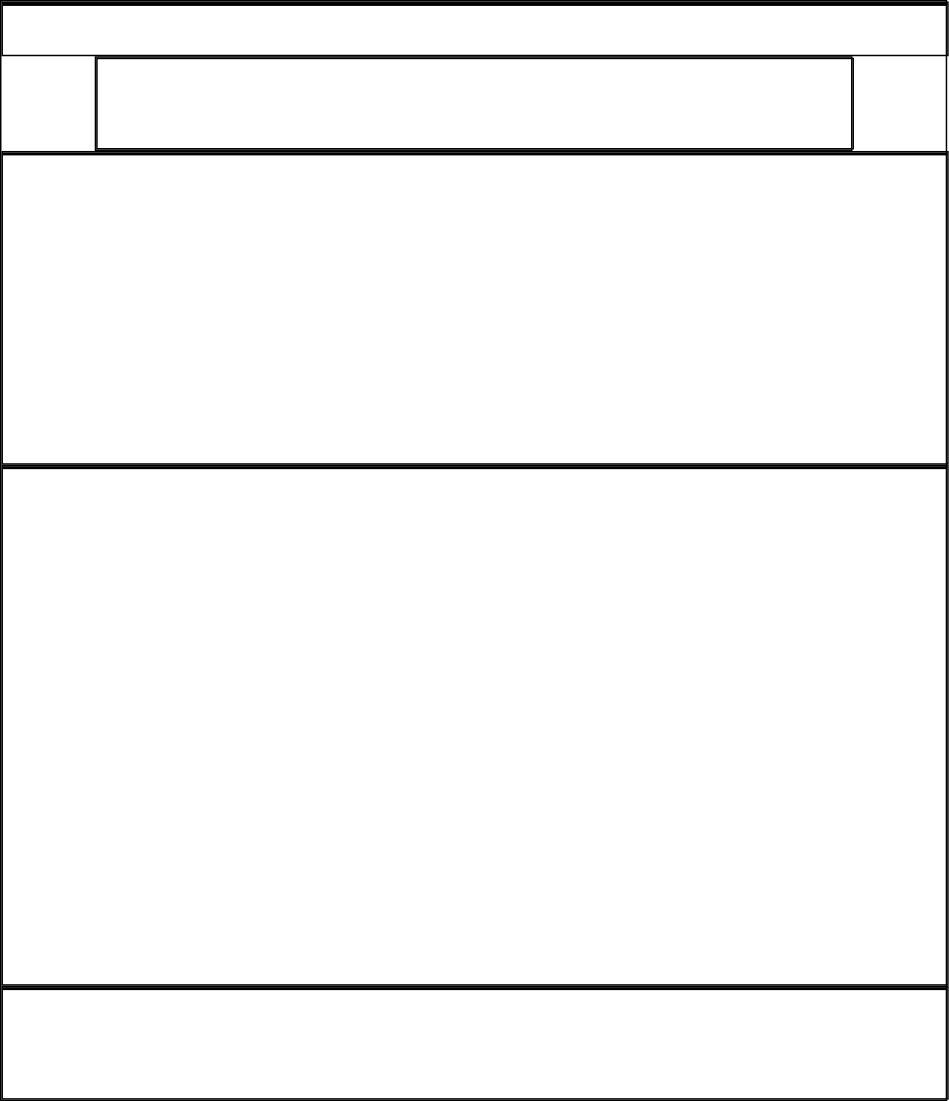
Repository: JHooniie/mini-Project
Page: http://localhost/Project-UIUX/index.jsp
These files come from the project's save history. The page is drawn as it stood at one moment and after the next save; the edit follows.
The browser window is 1280 px wide. The page is 1282 px wide, so the pictures cover 1282 px, including what lies to the right of the window. The pictures show the whole page, at 74% of full size.
The page is served by Tomcat 9.

Above is the page before, as saved 2022-07-02 08:20:19.

### Project-UIUX/src/main/webapp/index.jsp
<%@ page language="java" contentType="text/html; charset=UTF-8"
    pageEncoding="UTF-8"%>
<% request.setCharacterEncoding("UTF-8");%>
<!DOCTYPE html>
<html>
	<head>
		<meta charset="UTF-8">
		<title>Insert title here</title>
		<link rel="stylesheet" type="text/css" href="css/common.css">
		<link rel="stylesheet" type="text/css" href="css/menu.css">
		<link rel="stylesheet" type="text/css" href="css/index.css">
		<script src="js/jquery-3.6.0.min.js"></script>
		<script src="js/mainPage/subMenu.js"></script>
	</head>
	<body>
	<div id="wrap">
	<header>
		<div id="top-headBox">
			<div>

			</div>
	 	</div>
	</header>
	 <nav>
		<div id="menuBox">
			<div id="mainMenuBox">

			</div>
			<div id="subMenuBox">

			</div>
	 	</div>
	 </nav>
	 <section>
	 	<article>
		<div id="slideBox">
			<div>

			</div>
	 	</div>
	 	</article>
	 	<article>
		<div id="feed">
			<div>

			</div>
	 	</div>
	 	</article>
	 </section>
	 <footer>
	 	<div id="ent-info">
			<div>

			</div>
	 	</div>
	 </footer>
	</div>
	</body>
</html>

### Project-UIUX/src/main/webapp/css/common.css
@charset "UTF-8";

*{
	margin:0;
	padding:0;

		}

wrap {
	position:relative;
	margin:0;
		}

### Project-UIUX/src/main/webapp/css/index.css
@charset "UTF-8";

div {
	border:solid black 2px;
}

ul {
	type:none;
}
/*******************탑 박스***********************/
#top-headBox{
	width:100%;
	height:70px;
	margin:0;
}
/********************메뉴박스***********************/
#menuBox{
	position:relative;
	width:80%;
	margin:0 auto;
}

#mainMenuBox{
	position:relative;
	width:100%;
	height:120px;
	margin:0;
}

#subMenuBox{
	position:relative;
	width:100%;
	height:220px;
	margin:0;
	display:none;

}

/*******************섹션*************************/
#slideBox{
	position:relative;
	width:100%;
	height:420px;
	margin:0;
}

#feed{
	position:relative;
	width:100%;
	height:700px;
	margin:0;
}

/*****************footer************************/

#ent-info{
	position:relative;
	width:100%;
	height:150px;
	margin:0;
}

### Project-UIUX/src/main/webapp/js/mainPage/subMenu.js
/**
 *
 */
 $(document).ready(function() {
  $('#menuBox').on('mouseenter',function(){
						$('#subMenuBox').css('visibility', 'visible');
					},
					function(){	// 마우스 땠을 때 슬라이드 업
						$('#subMenuBox').css('visibility', 'hidden');

					}
					);
});

Loaded but not shown: Project-UIUX/src/main/webapp/css/menu.css (common file); Project-UIUX/src/main/webapp/js/jquery-3.6.0.min.js (library)

After the next save:
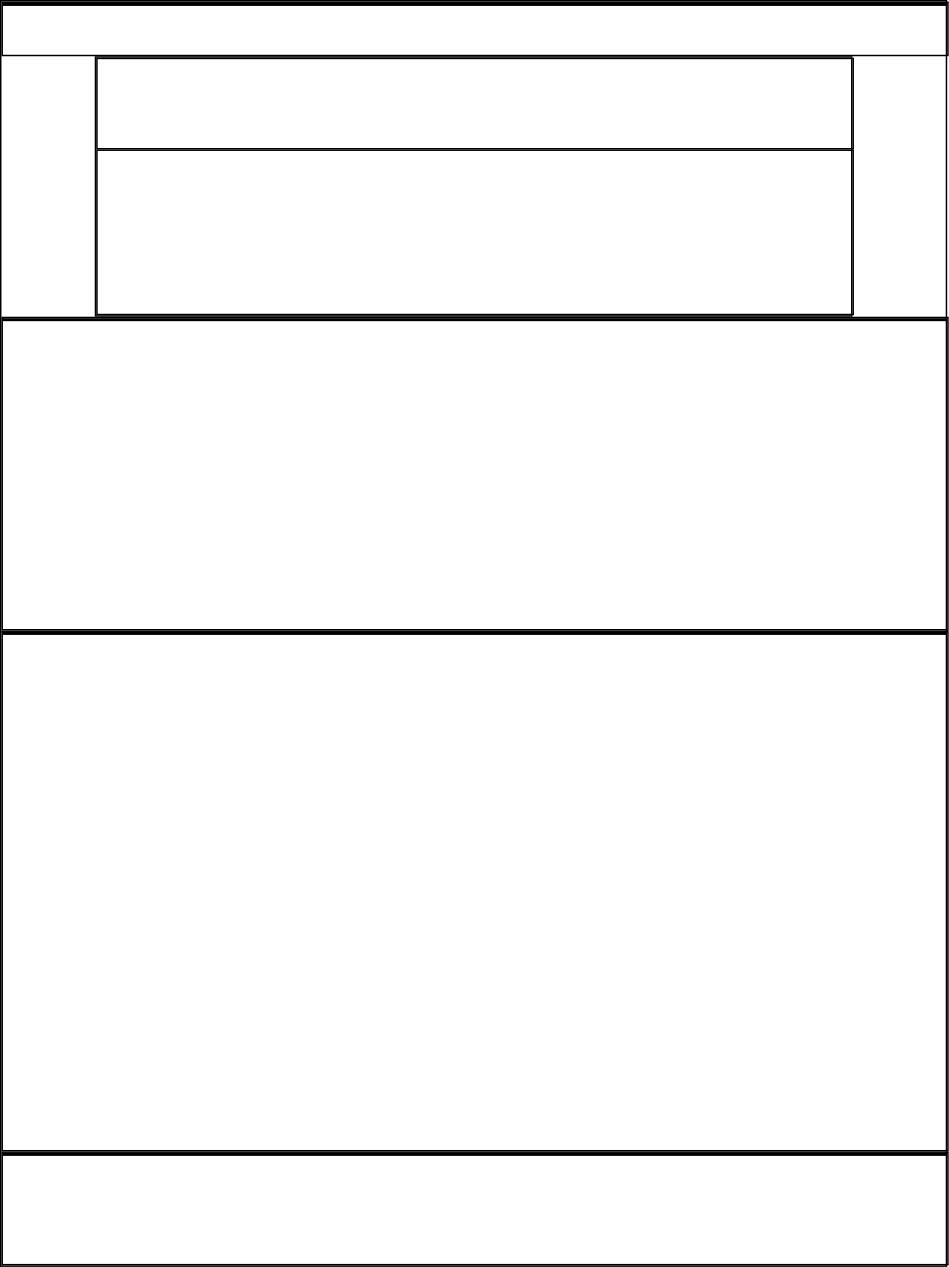
Saved 6 s later.
--- a/Project-UIUX/src/main/webapp/css/index.css
+++ b/Project-UIUX/src/main/webapp/css/index.css
@@ -32,7 +32,7 @@ ul {
 	width:100%;
 	height:220px;
 	margin:0;
-	display:none;
+	visible:hidden;
 
 }
 
